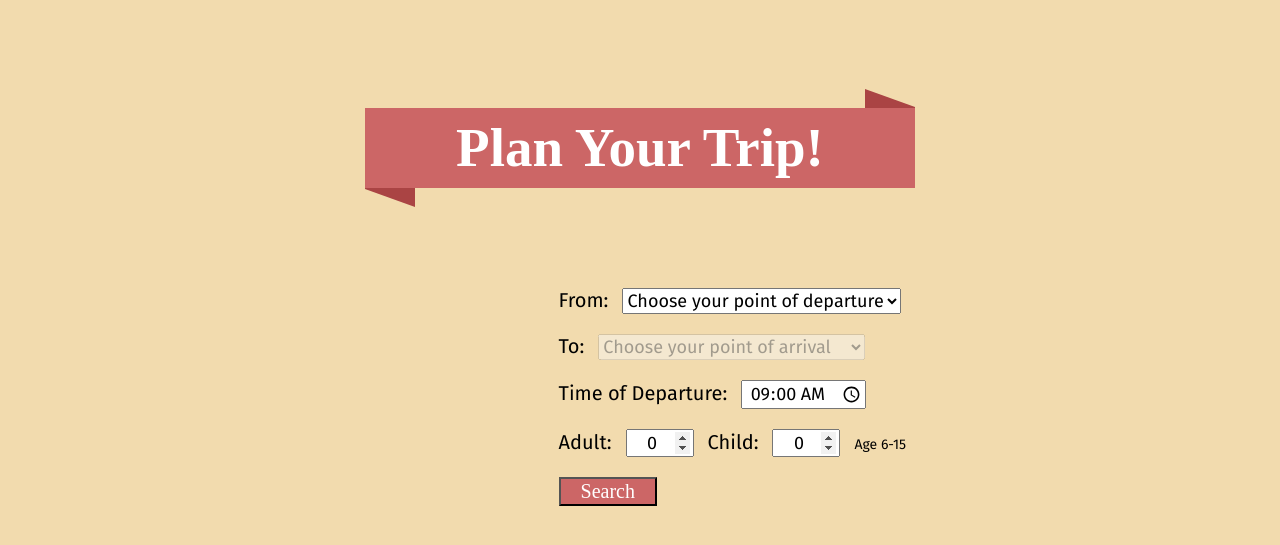
Repository: bbh0607/bae_dNation
Page: public/index.html
The author's editor kept a copy of each file at every save. The page is drawn from the files as they stood at one save, then again after the next save.
The browser window is 1280 px wide. The pictures show the whole page.
Some web fonts or font styles are not loaded; a fallback is used.

Above is the page before, as saved 2020-02-01 06:02:46.

After the next save:
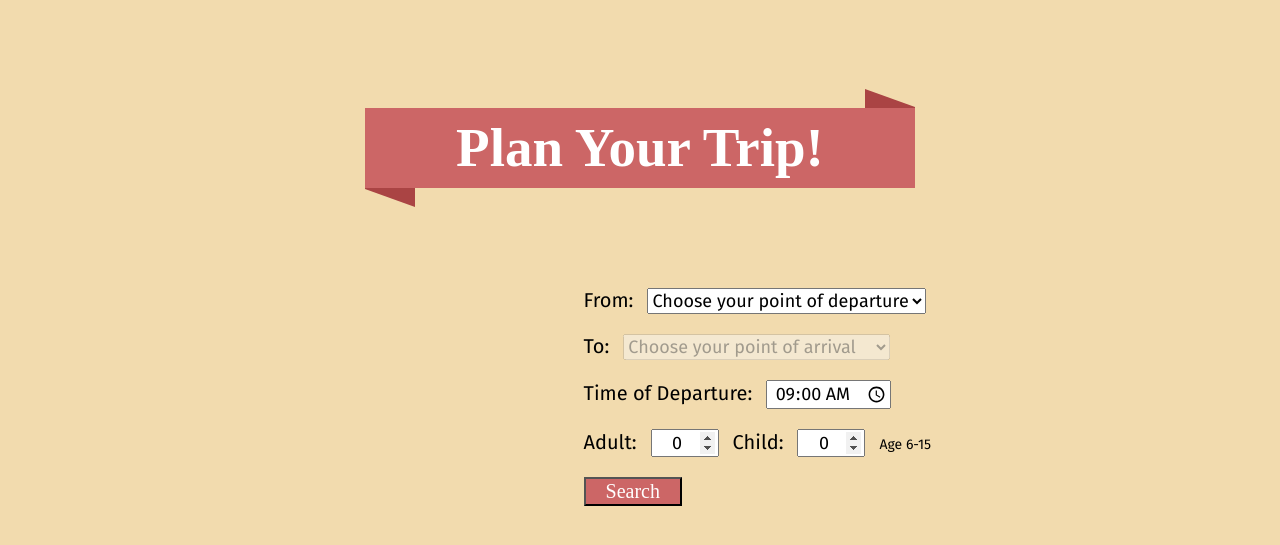
Saved 55 min 7 s later.
--- a/public/css/style.css
+++ b/public/css/style.css
@@ -43,7 +43,7 @@ label {
 ul {
   list-style-type: none;
   justify-self: center;
-  margin-left: 150px;
+  margin-left: 200px;
 }
 
 li {
